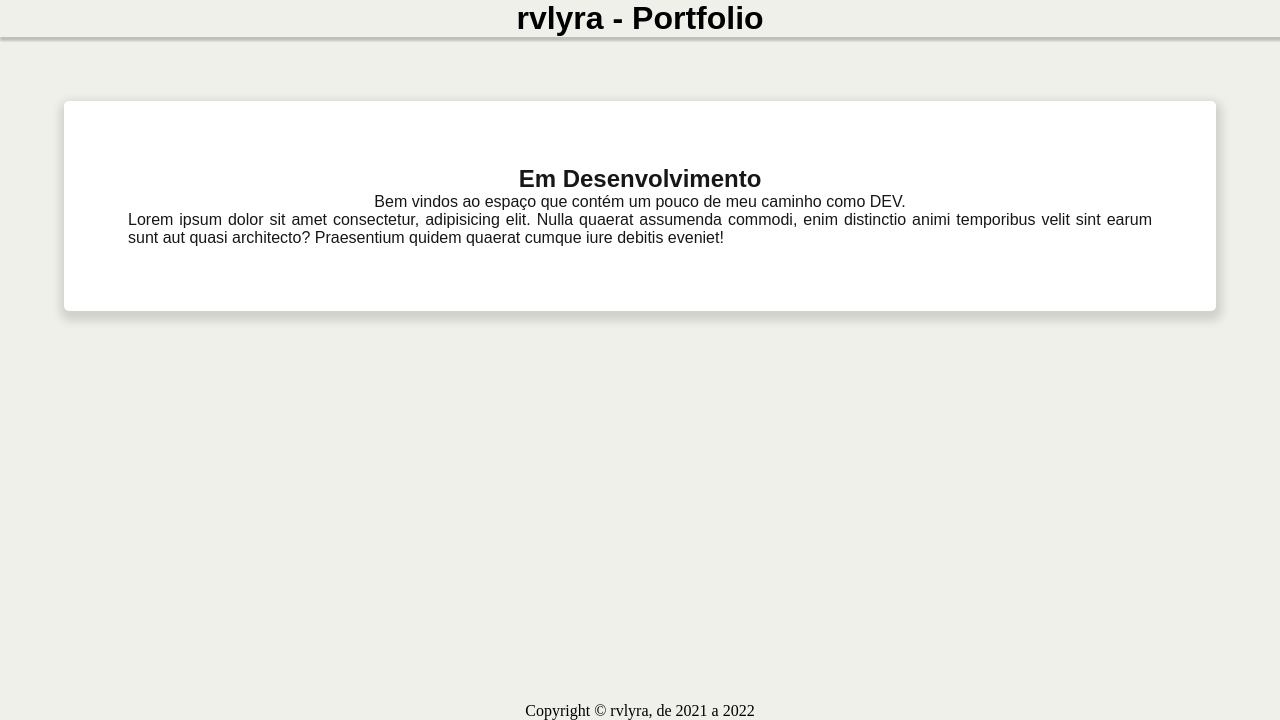
Repository: rvlyra/splash-screen-rvlyra
Page: Portfolio-RVLYRA/public/index.html
The author's editor kept a copy of each file at every save. The page is drawn from the files as they stood at one save, then again after the next save.
The browser window is 1280 px wide. The pictures show the whole page.
Some web fonts or font styles are not loaded; a fallback is used.

Above is the page before, as saved 2022-07-06 09:41:59.

After the next save:
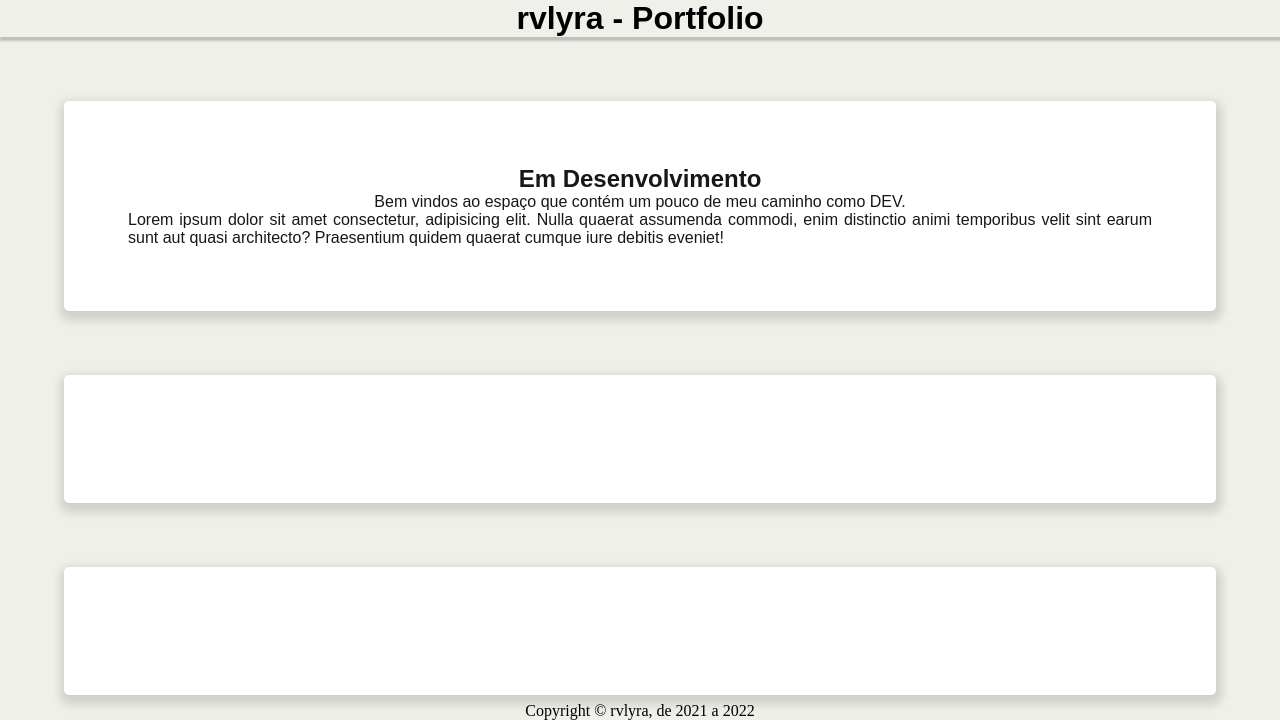
Saved 23 s later.
--- a/Portfolio-RVLYRA/assets/src/css/rl.main.css
+++ b/Portfolio-RVLYRA/assets/src/css/rl.main.css
@@ -20,7 +20,7 @@ main {
     height:100vh;
 }
 
-.sec-one {
+section {
     font-family: 'Mingzat', sans-serif;
     display:flex;
     justify-content:space-evenly;
